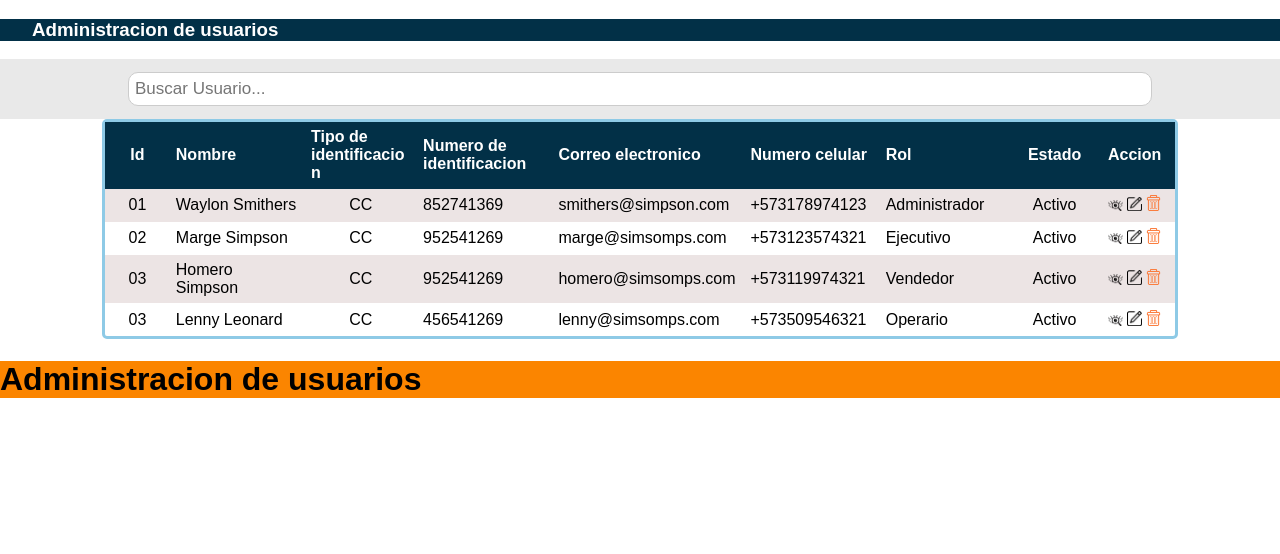
Repository: AlexanderBarona/Proyecto_Ciclo3_Mintic
Page: PaginaWeb/pages/admin_user.html
The author's editor kept a copy of each file at every save. The page is drawn from the files as they stood at one save, then again after the next save.
The browser window is 1280 px wide. The pictures show the whole page.

Above is the page before, as saved 2021-09-30 14:49:17.

After the next save:
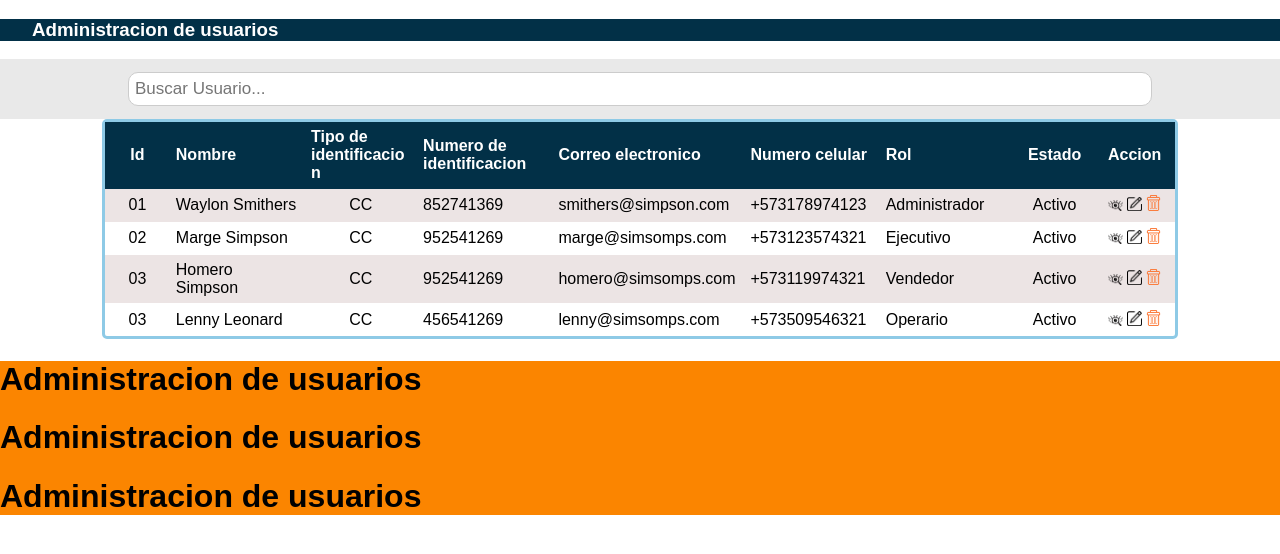
Saved 34 s later.
--- a/PaginaWeb/pages/admin_user.html
+++ b/PaginaWeb/pages/admin_user.html
@@ -150,6 +150,8 @@
       <footer>
         <div>
           <h1>Administracion de usuarios</h1>
+          <h1>Administracion de usuarios</h1>
+          <h1>Administracion de usuarios</h1>
         </div>
       </footer>
    </body>
